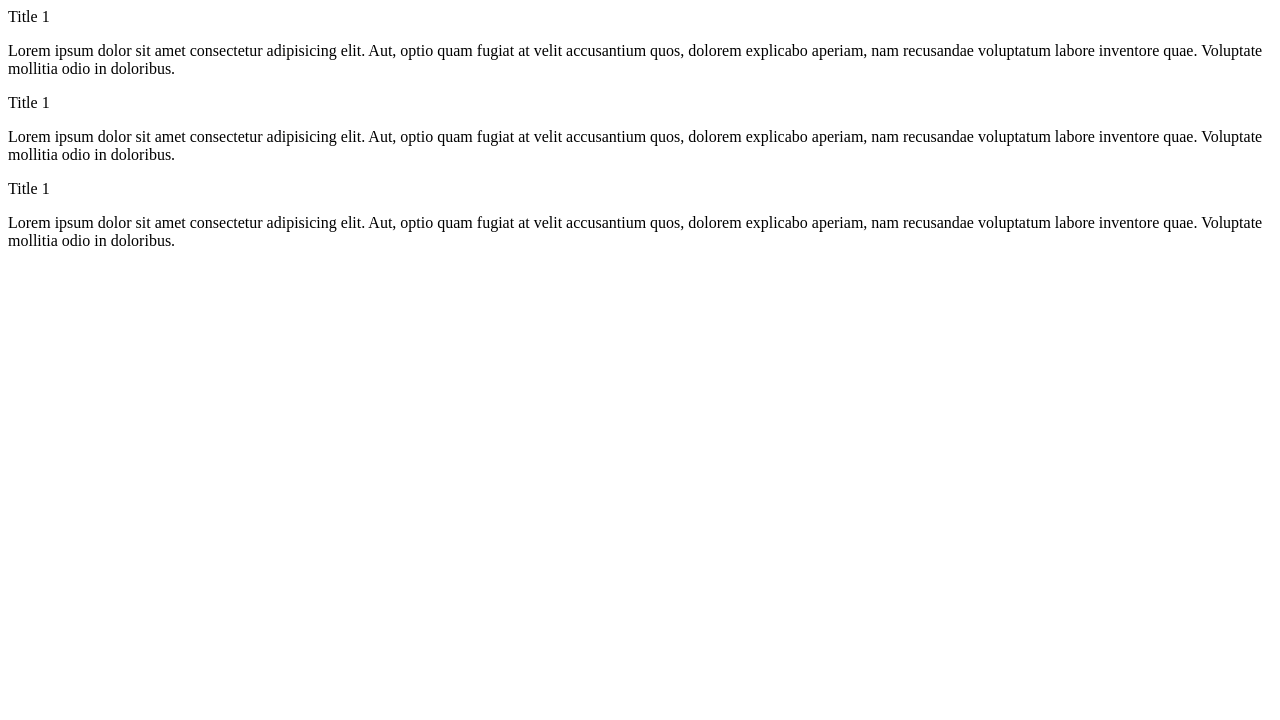
Repository: DevMike1993/100_Projects_HTML_CSS_JAVASCRIPT
Page: 03_Custom_Scrollbar/index.html
These files come from the project's save history. The page is drawn as it stood at one moment and after the next save; the edit follows.
The browser window is 1280 px wide. The pictures show the whole page.

Above is the page before, as saved 2023-11-26 18:00:44.

After the next save:
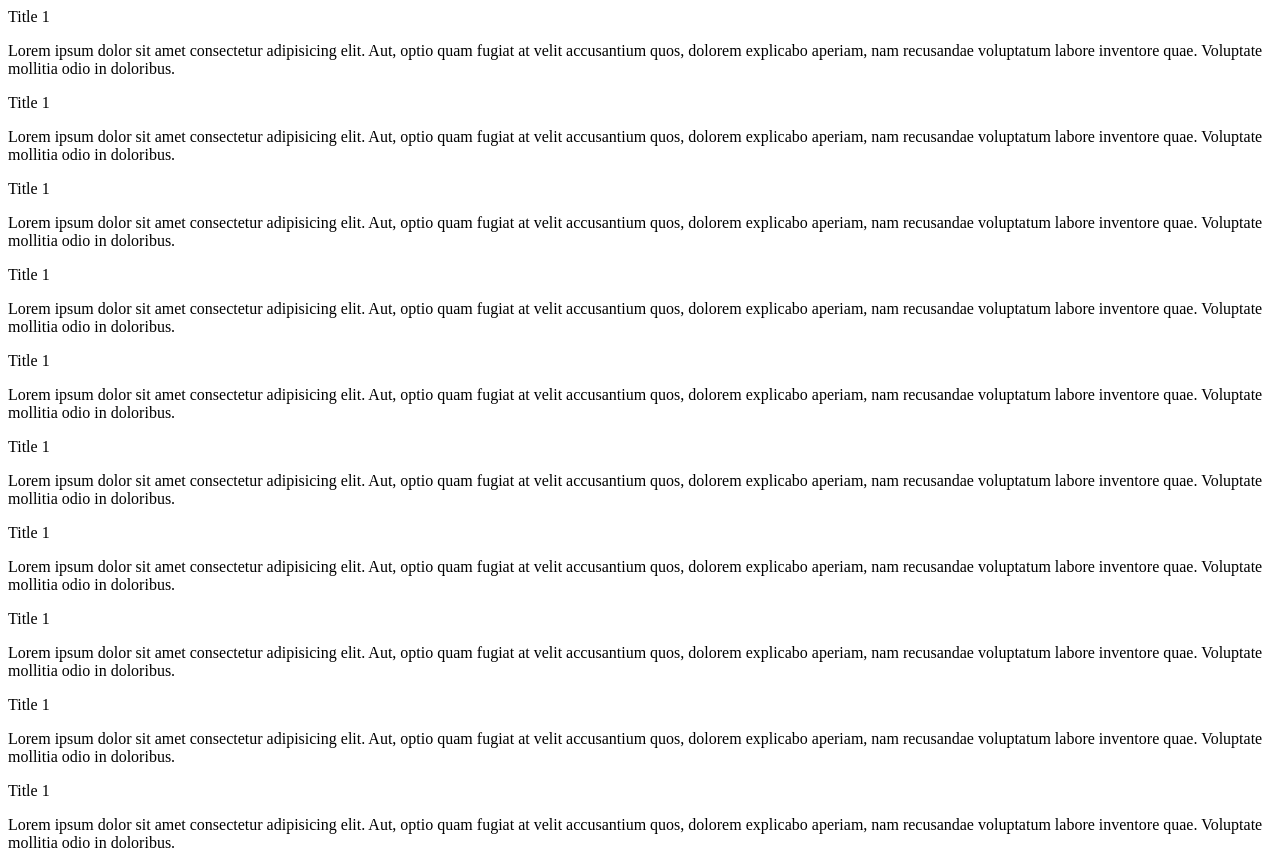
Saved 6 s later.
--- a/03_Custom_Scrollbar/index.html
+++ b/03_Custom_Scrollbar/index.html
@@ -14,6 +14,20 @@
         <p>Lorem ipsum dolor sit amet consectetur adipisicing elit. Aut, optio quam fugiat at velit accusantium quos, dolorem explicabo aperiam, nam recusandae voluptatum labore inventore quae. Voluptate mollitia odio in doloribus.</p>
         <div class="card h2 card-title">Title 1</div>
         <p>Lorem ipsum dolor sit amet consectetur adipisicing elit. Aut, optio quam fugiat at velit accusantium quos, dolorem explicabo aperiam, nam recusandae voluptatum labore inventore quae. Voluptate mollitia odio in doloribus.</p>
+        <div class="card h2 card-title">Title 1</div>
+        <p>Lorem ipsum dolor sit amet consectetur adipisicing elit. Aut, optio quam fugiat at velit accusantium quos, dolorem explicabo aperiam, nam recusandae voluptatum labore inventore quae. Voluptate mollitia odio in doloribus.</p>
+        <div class="card h2 card-title">Title 1</div>
+        <p>Lorem ipsum dolor sit amet consectetur adipisicing elit. Aut, optio quam fugiat at velit accusantium quos, dolorem explicabo aperiam, nam recusandae voluptatum labore inventore quae. Voluptate mollitia odio in doloribus.</p>
+        <div class="card h2 card-title">Title 1</div>
+        <p>Lorem ipsum dolor sit amet consectetur adipisicing elit. Aut, optio quam fugiat at velit accusantium quos, dolorem explicabo aperiam, nam recusandae voluptatum labore inventore quae. Voluptate mollitia odio in doloribus.</p>
+        <div class="card h2 card-title">Title 1</div>
+        <p>Lorem ipsum dolor sit amet consectetur adipisicing elit. Aut, optio quam fugiat at velit accusantium quos, dolorem explicabo aperiam, nam recusandae voluptatum labore inventore quae. Voluptate mollitia odio in doloribus.</p>
+        <div class="card h2 card-title">Title 1</div>
+        <p>Lorem ipsum dolor sit amet consectetur adipisicing elit. Aut, optio quam fugiat at velit accusantium quos, dolorem explicabo aperiam, nam recusandae voluptatum labore inventore quae. Voluptate mollitia odio in doloribus.</p>
+        <div class="card h2 card-title">Title 1</div>
+        <p>Lorem ipsum dolor sit amet consectetur adipisicing elit. Aut, optio quam fugiat at velit accusantium quos, dolorem explicabo aperiam, nam recusandae voluptatum labore inventore quae. Voluptate mollitia odio in doloribus.</p>
+        <div class="card h2 card-title">Title 1</div>
+        <p>Lorem ipsum dolor sit amet consectetur adipisicing elit. Aut, optio quam fugiat at velit accusantium quos, dolorem explicabo aperiam, nam recusandae voluptatum labore inventore quae. Voluptate mollitia odio in doloribus.</p>
     </section>
 
 </body>
